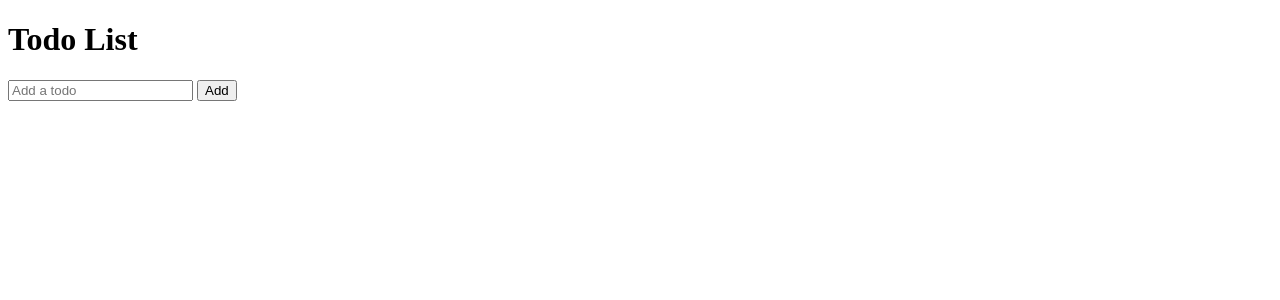
Repository: ble-syn/Todo-list
Page: index.html
An editor plug-in stored every save of this project. The page is shown before and after the next save, followed by the edit.
The browser window is 1280 px wide. The pictures show the whole page.

Above is the page before, as saved 2022-10-18 16:16:10.

After the next save:
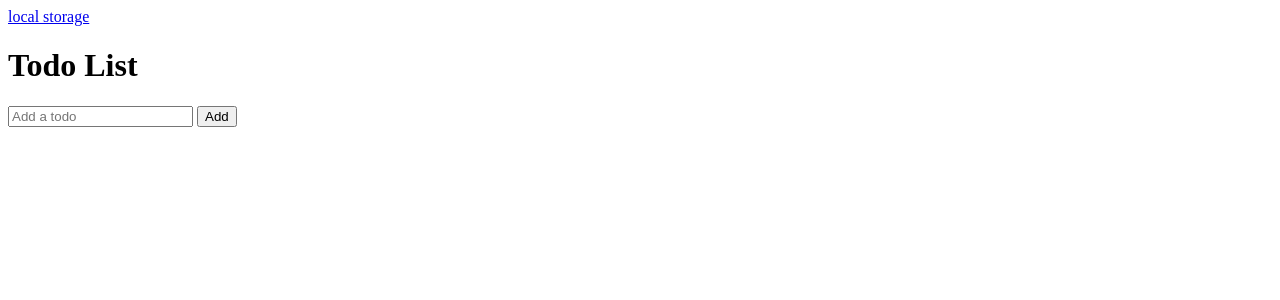
Saved 11 s later.
--- a/index.html
+++ b/index.html
@@ -7,6 +7,7 @@
     <title>Todo List</title>
 </head>
 <body>
+    <a href="localstoragetodo.html"> local storage</a>
     <main>
         <h1>Todo List</h1>
             <input type="text" name="todo" placeholder="Add a todo">
